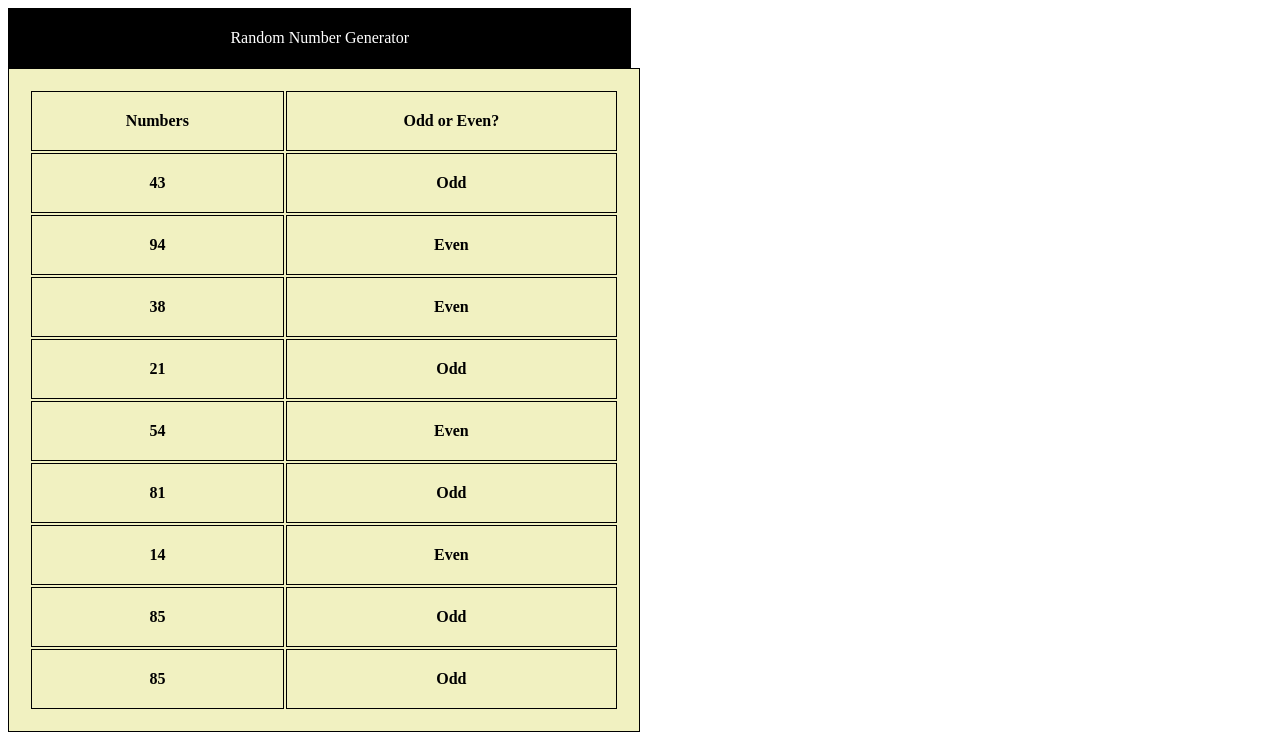
Repository: TheRealCisco/f2017CST336
Page: http://localhost/Challenge/rand.php
The author's editor kept a record of every edit. The page is drawn from the files as they stood at one moment, then again after the next edit.
The browser window is 1280 px wide. The pictures show the whole page.
The page is run by PHP 8.4 with error messages shown; the project is at /var/www/html/.

Above is the page before.

### Challenge/rand.php
<html>
    <head>
        <style>
            th{
                text-align: center;
                padding: 20px;
                border: 1px solid black;
                background-color: #f1f1c1;
            }
            header{
                text-align:center;
                padding:20px;
                border: 1px solid black;
                background-color: black;
                color:white;
            }
            #head{
                padding: 20px;
                border: 1px solid black;
                background-color: #f1f1c1;
            }
        </style>
    </head>
    <header style="width:46%">
        Random Number Generator
    </header>
<body>
<table id="head" style="width:50%">
    <tr>
        <th>
            Numbers
        </th>
        <th>
            Odd or Even?
        </th>

    </tr>
<tr>
    <th>
        <?php
        $digits_needed=9;
        $random_number='';
        $count=0;

        while ( $count < $digits_needed ) {
            $random_digit = mt_rand(0, 100);
            $random_number .= $random_digit;
            $count++;
        }
        echo $random_digit;

    ?>
<th>
    <?php
            if ($random_digit % 2 == 0) {
            print " Even";
        }
        else
            print " Odd"
        ?>
</th>
</th>
    </tr>
<tr>
    <th>
        <?php
        $digits_needed=9;
        $random_number='';
        $count=0;

        while ( $count < $digits_needed ) {
            $random_digit = mt_rand(0, 100);
            $random_number .= $random_digit;
            $count++;
        }
        echo $random_digit;

    ?>
<th>
    <?php
            if ($random_digit % 2 == 0) {
            print " Even";
        }
        else
            print " Odd"
        ?>
</th>
</th>
    </tr>
<tr>
    <th>
        <?php
        $digits_needed=9;
        $random_number='';
        $count=0;

        while ( $count < $digits_needed ) {
            $random_digit = mt_rand(0, 100);
            $random_number .= $random_digit;
            $count++;
        }
        echo $random_digit;

    ?>
<th>
    <?php
            if ($random_digit % 2 == 0) {
            print " Even";
        }
        else
            print " Odd"
        ?>
</th>
</th>
    </tr>
<tr>
    <th>
        <?php
        $digits_needed=9;
        $random_number='';
        $count=0;

        while ( $count < $digits_needed ) {
            $random_digit = mt_rand(0, 100);
            $random_number .= $random_digit;
            $count++;
        }
        echo $random_digit;

    ?>
<th>
    <?php
            if ($random_digit % 2 == 0) {
            print " Even";
        }
        else
            print " Odd"
        ?>
</th>
</th>
    </tr>
<tr>
    <th>
        <?php
        $digits_needed=9;
        $random_number='';
        $count=0;

        while ( $count < $digits_needed ) {
            $random_digit = mt_rand(0, 100);
            $random_number .= $random_digit;
            $count++;
        }
        echo $random_digit;

    ?>
<th>
    <?php
            if ($random_digit % 2 == 0) {
            print " Even";
        }
        else
            print " Odd"
        ?>
</th>
</th>
    </tr>
<tr>
    <th>
        <?php
        $digits_needed=9;
        $random_number='';
        $count=0;

        while ( $count < $digits_needed ) {
            $random_digit = mt_rand(0, 100);
            $random_number .= $random_digit;
            $count++;
        }
        echo $random_digit;

    ?>
<th>
    <?php
            if ($random_digit % 2 == 0) {
            print " Even";
        }
        else
            print " Odd"
        ?>
</th>
</th>
    </tr>
<tr>
    <th>
        <?php
        $digits_needed=9;
        $random_number='';
        $count=0;

        while ( $count < $digits_needed ) {
            $random_digit = mt_rand(0, 100);
            $random_number .= $random_digit;
            $count++;
        }
        echo $random_digit;

    ?>
<th>
    <?php
            if ($random_digit % 2 == 0) {
            print " Even";
        }
        else
            print " Odd"
        ?>
</th>
</th>
    </tr>
<tr>
    <th>
        <?php
        $digits_needed=9;
        $random_number='';
        $count=0;

        while ( $count < $digits_needed ) {
            $random_digit = mt_rand(0, 100);
            $random_number .= $random_digit;
            $count++;
        }
        echo $random_digit;

    ?>
<th>
    <?php
            if ($random_digit % 2 == 0) {
            print " Even";
        }
        else
            print " Odd"
        ?>
</th>
</th>
    </tr>
<tr>
    <th>
        <?php
        $digits_needed=9;
        $random_number='';
        $count=0;

        while ( $count < $digits_needed ) {
            $random_digit = mt_rand(0, 100);
            $random_number .= $random_digit;
            $count++;
        }
        echo $random_digit;

    ?>
<th>
    <?php
            if ($random_digit % 2 == 0) {
            print " Even";
        }
        else
            print " Odd"
        ?>
</th>
</th>
    </tr>

</table>
</body>


</html>

After the next edit:
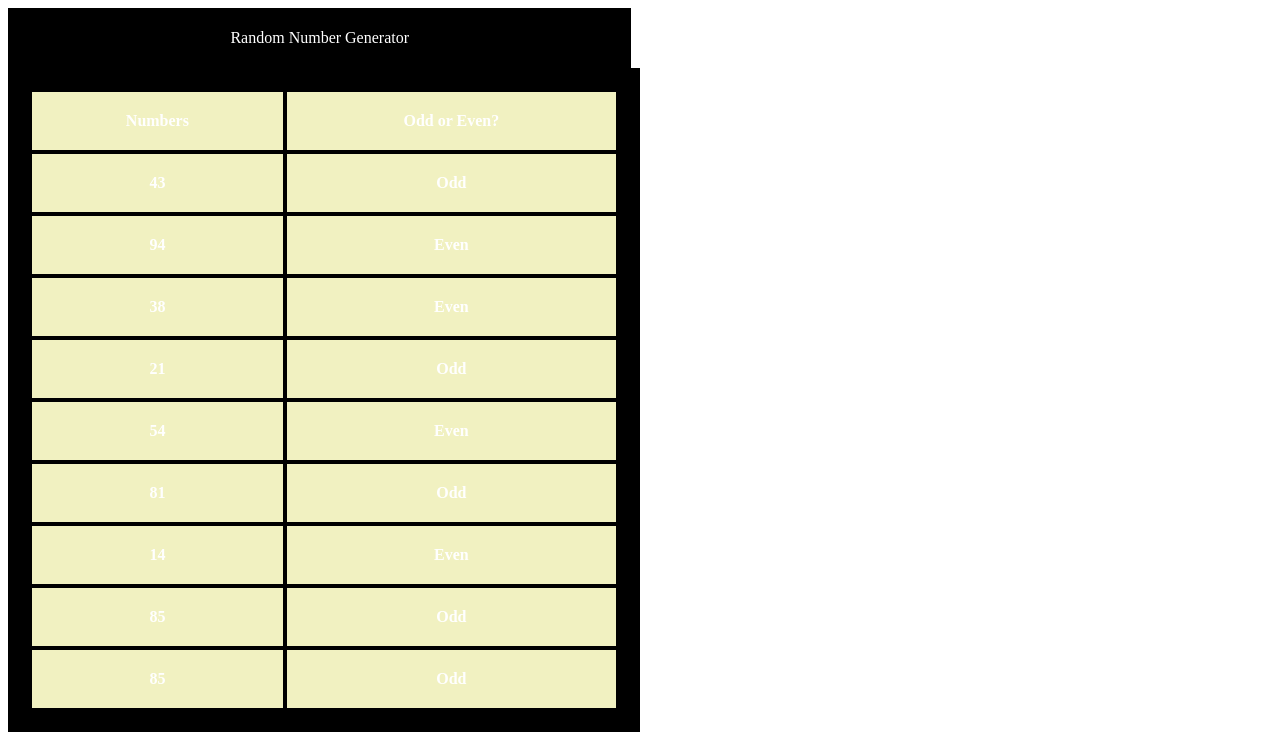
The edit:
--- a/Challenge/rand.php
+++ b/Challenge/rand.php
@@ -15,9 +15,11 @@
                 color:white;
             }
             #head{
-                padding: 20px;
+                text-align:center;
+                padding:20px;
                 border: 1px solid black;
-                background-color: #f1f1c1;
+                background-color: black;
+                color:white;
             }
         </style>
     </head>
